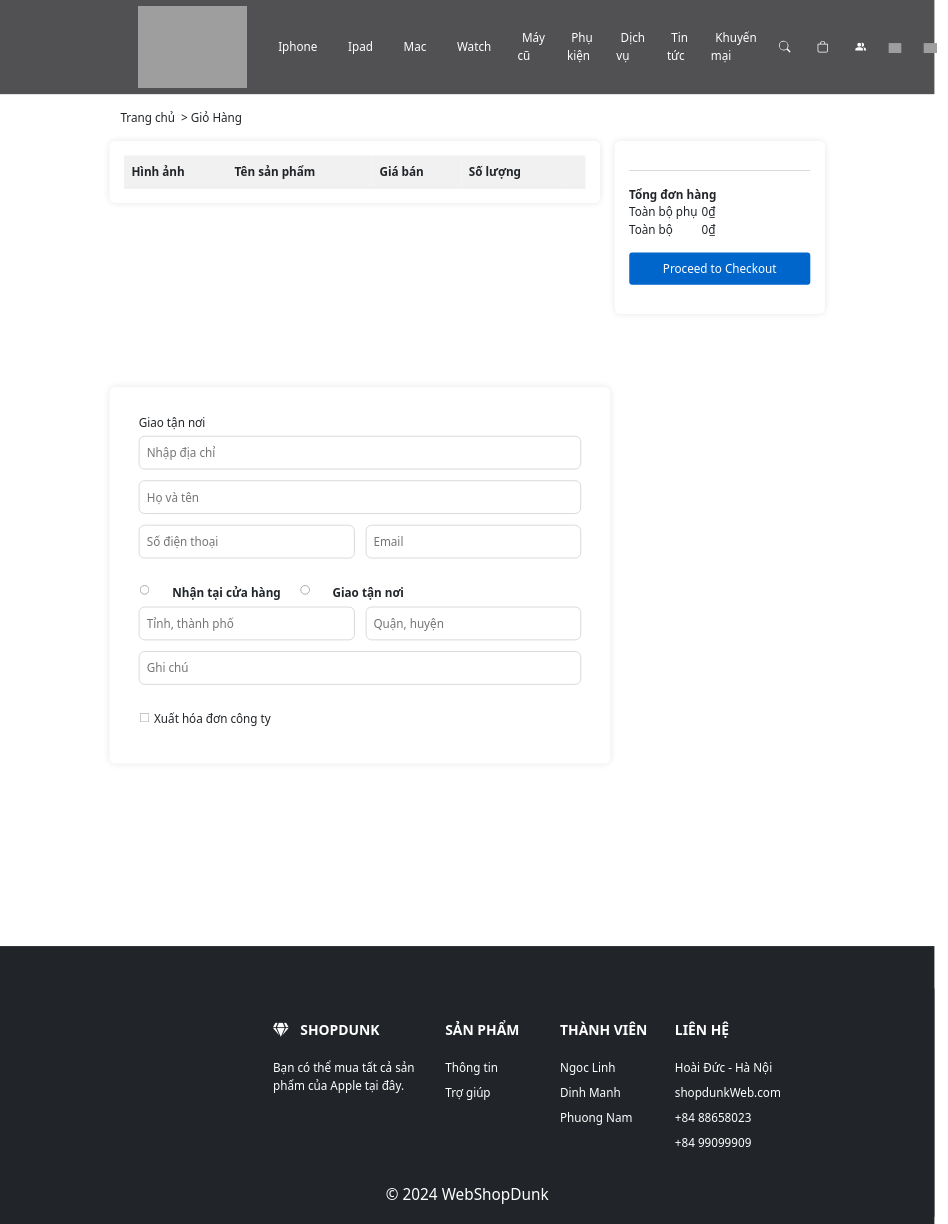
Repository: 20092004nam2k4/FE-ShopDunk
Page: /cart
These files come from the project's save history. The page is drawn as it stood at one moment and after the next save; the edit follows.
The browser window is 1280 px wide. The page is 1299 px wide, then 1296 px, so the pictures cover 1299 px, including what lies to the right of the window. The pictures show the whole page, at 73% of full size.
Pictures or frames that could not be fetched are drawn as grey boxes. The page's requests for data from a server got no answer. The project was rebuilt for these pictures with package versions that can differ from the ones it lists, and the page was loaded fresh each time. No one was signed in, and anything a server would have sent is missing. Also part of the build but not shown: src/component/common/SlideImage.css, src/component/common/SlideImage.js, src/component/product/ProductList.css, src/component/product/ProductList.js, src/component/product/ProductDetail.css, src/component/product/ProductDetail.js, src/component/user/LoginUser.js, src/component/user/UserProfile.js and 3 more.

Above is the page before, as saved 2024-06-10 13:36:47.

### src/component/common/Navbar.js
import React, { useContext, useState } from "react";
import "./Navbar.css";
import { BsBag } from "react-icons/bs";
import { MdPeopleAlt } from "react-icons/md";
import { BsSearch } from "react-icons/bs";
import { Link, useNavigate } from "react-router-dom";
import { AuthContext } from "../../context/AuthContext";
import Menu from "@mui/material/Menu";
import MenuItem from "@mui/material/MenuItem";

const Navbar = () => {
  const { isLoggedIn, user, logout } = useContext(AuthContext);
  const [showDropdown, setShowDropdown] = useState(false);
  const navigate = useNavigate();

  const handleIconClick = () => {
    if (isLoggedIn) {
      setShowDropdown(!showDropdown);
    } else {
      navigate("/login");
    }
  };

  const handleLogout = () => {
    logout();
    navigate("/");
  };

  const [anchorEl, setAnchorEl] = React.useState(null);
  const open = Boolean(anchorEl);
  const handleClick = (event) => {
    setAnchorEl(event.currentTarget);
  };
  const handleClose = () => {
    setAnchorEl(null);
  };
  return (
    <div className="navbar-center">
      <nav className="navbar">
        <ul className="navbar-links">
          <li>
            <Link to="/">
              <img
                className="imageIcon"
                src="https://shopdunk.com/images/thumbs/0012445_Logo_ShopDunk.png"
                alt="ShopDunk Logo"
              />
            </Link>
          </li>
          <li>
            <a href="/category/{}">Iphone</a>
          </li>
          <li>
            <a href="#ipad">Ipad</a>
          </li>
          <li>
            <a href="#mac">Mac</a>
          </li>
          <li>
            <a href="#watch">Watch</a>
          </li>
          <li>
            <a href="#maycu">Máy cũ</a>
          </li>
          <li>
            <a href="#phukien">Phụ kiện</a>
          </li>
          <li>
            <a href="#dichvu">Dịch vụ</a>
          </li>
          <li>
            <a href="#tintuc">Tin tức</a>
          </li>
          <li>
            <a href="#khuyenmai">Khuyến mại</a>
          </li>
          <li>
            <BsSearch className="icon-search" />
          </li>
          <li>
            <Link to="/cart">
              <BsBag className="icon-bag" />
            </Link>
          </li>
          <li onClick={handleIconClick}>
            <MdPeopleAlt
              id="basic-button"
              aria-controls={open ? "basic-menu" : undefined}
              aria-haspopup="true"
              aria-expanded={open ? "true" : undefined}
              onClick={handleClick}
              className="icon-people"
            />
            {isLoggedIn && showDropdown && (
              // <div className="dropdown active">
              //   <ul>
              //     <li onClick={() => navigate("/profile")}>Profile</li>
              //     <li onClick={handleLogout}>Logout</li>
              //   </ul>
              // </div>
              <Menu
                id="basic-menu"
                anchorEl={anchorEl}
                open={open}
                onClose={handleClose}
                MenuListProps={{
                  "aria-labelledby": "basic-button",
                }}
              >
                <MenuItem onClick={() => navigate("/profile")}>
                  Tài khoản của tôi
                </MenuItem>
                <MenuItem onClick={handleLogout}>Đăng xuất</MenuItem>
              </Menu>
            )}
          </li>
          <li>
            <img
              className="imageIconVN"
              src="https://shopdunk.com/images/flags/vn.png"
              alt="Vietnam Flag"
            />
          </li>
          <li>
            <img
              className="imageIconVN"
              src="https://shopdunk.com/images/flags/us.png"
              alt="US Flag"
            />
          </li>
        </ul>
      </nav>
    </div>
  );
};

export default Navbar;

### src/context/AuthContext.js
import React, { createContext, useState, useEffect } from "react";

export const AuthContext = createContext();

export const AuthProvider = ({ children }) => {
  const [isLoggedIn, setIsLoggedIn] = useState(false);
  const [user, setUser] = useState(null);

  useEffect(() => {
    const storedUser = localStorage.getItem("user");
    if (storedUser) {
      setIsLoggedIn(true);
      setUser(JSON.parse(storedUser));
    }
  }, []);

  const login = (userData) => {
    setIsLoggedIn(true);
    setUser(userData);
    localStorage.setItem("user", JSON.stringify(userData));
  };

  const logout = () => {
    setIsLoggedIn(false);
    setUser(null);
    localStorage.removeItem("user");
  };

  return (
    <AuthContext.Provider value={{ isLoggedIn, user, login, logout }}>
      {children}
    </AuthContext.Provider>
  );
};

### src/component/common/Navbar.css
.navbar {
  background-color: #515154;
  padding: 10px;

}

.navbar-links {
  list-style: none;
  display: flex;
  justify-content: center;
  margin: 0;
  padding: 0;
  padding-left: 168px;
  align-items: center;
}

.navbar-links li {
  margin: 0 15px;
}

.navbar-links a {
  color: white;
  text-decoration: none;
  padding: 10px 6px 25px;
  transition: background-color 0.3s;

}

/* .navbar-links a:hover {
  background-color: #575757;
} */
.imageIcon{
  width: 150px;
}
.icon-bag{
  color: white;
  height: 38px;

}
.icon-people{
  color: white;
  height: 38px;

}
.icon-search{
color: white;
height: 38px;
}
.imageIconVN{
  height: 14px;

}
.navbar-links li a {
color: #fff;
text-decoration: none;
transition: color 0.3s ease; }

.navbar-links li a:hover {
color: #fff;
}

### src/component/product/ProductCart.css
.product-list {
  display: flex;
  flex-wrap: wrap;
  justify-content: center;
}
.product-card img {
  max-width: 100%;
  height: auto;
}
.tittleIphone {
  text-align: center;
  margin-top: 38px;
  margin-bottom: 20px;
}
.a-category {
  text-align: center;
  margin-top: 20px;
}
.custom-blue {
  color: #0066cc !important;
  border-color: #0066cc !important;
}
.custom-blue:hover {
  color: #fff !important;
  background-color: #0066cc !important;
}
.button-text {
  font-size: 17px;
}
.product-card {
  width: 300px;
  height: 430px;
  display: flex;
  flex-direction: column;
  align-items: center;
  justify-content: space-between;
  border: 1px solid #ddd;
  padding: 10px;
  margin: 10px;
  box-shadow: 0 4px 8px rgba(0, 0, 0, 0.1); /* Thêm đổ bóng để đẹp hơn */
  border-radius: 5px;
  color: white;
}
.product-name {
  font-weight: bold;
}
.product-price-wrapper {
  display: flex;
  align-items: center;
  gap: 10px;
}
.product-discounted-price {
  font-weight: 700;
  font-size: 16px;
  line-height: 24px;
  color: #0066cc;
}
.product-original-price-wrapper {
  display: flex;
  align-items: center;
}
.product-price {
  color: #6c757d; /* Màu đen nhạt */
  text-decoration: line-through;
  font-size: 16px;
  margin-right: 5px; /* Khoảng cách giữa giá cũ và tag giảm giá */
}
.discount-tag {
  color: #6c757d; /* Màu đen nhạt */
  font-size: 16px;
}
.img-info {
  width: 1200px;
  height: 401px;
}
.info-banner {
  text-align: center;
  margin-top: 80px;
}
.bg-dark {
  background-color: #575757 !important;
}
.text-white {
  color: #fff !important;
}
.border-bottom {
  border-color: rgba(255, 255, 255, 0.1) !important;
}
.footer-links a {
  color: #fff !important;
}
.footer-links a:hover {
  color: #ddd !important;
}
.footerMain {
  margin-top: 90px;
}
.product-card-link {
  text-decoration: none;
  color: inherit; /* Optional: Inherit color to prevent default link color */
}
.textFooter{
  padding-top: 30px;
}

.carousel {
  margin-top: 20px;
  margin-bottom: 20px; /* Để tạo khoảng cách giữa carousel và danh sách sản phẩm */
  padding: 0 210px; /* Thu nhỏ carousel vào 100px mỗi bên */
}

.carousel-inner {
  width: 100%; /* Đảm bảo width của carousel vẫn 100% */
  margin: auto; /* Căn giữa carousel */
}
.carousel-control {
  padding: 0 230px; /* Đặt khoảng cách 20px giữa các nút chuyển ảnh */
}
.category-products-container {
  background-color: #f5f5f7; /* Màu nền của trang */
}
.tittle-headerCategory{
  background-color: white;
  margin-left: 210px;
  padding-top: 15px;
  color: #6c757d;
  padding-bottom: -10px;
}

### src/component/cart/CartPage.css
/* General styles for the cart page */
.tong {
    display: flex;
    justify-content: center;
    align-items: flex-start;
    padding: 50px;
    gap: 20px; /* Add gap between left and right sections */
    margin: 0 100px; /* Adjust left and right margins to 100px */
    max-width: 1400px; /* Set a maximum width for the container */
}

.left {
    width: 70%; /* Increase width to 70% */
    background-color: #fff; /* Add background color for clarity */
    padding: 20px; /* Add padding for spacing */
    box-shadow: 0 0 10px rgba(0, 0, 0, 0.1); /* Add box shadow for aesthetics */
    border-radius: 8px; /* Add border radius for rounded corners */
}

.right {
    width: 30%; /* Adjust width to 30% */
    background-color: #fff; /* Add background color for clarity */
    padding: 20px; /* Add padding for spacing */
    box-shadow: 0 0 10px rgba(0, 0, 0, 0.1); /* Add box shadow for aesthetics */
    border-radius: 8px; /* Add border radius for rounded corners */
}

.table-wrapper {
    overflow-x: auto;
    margin-bottom: 20px;
}

.cart {
    width: 100%;
    border-collapse: collapse;
}

.cart th,
.cart td {
    padding: 10px;
    text-align: left;
    border-bottom: 1px solid #ddd;
}

.cart th {
    background-color: #f1f1f1;
}

.cart img {
    max-width: 80px;
    height: auto;
}

.product-name {
    font-weight: bold;
    color: #333;
    text-decoration: none;
}

.product-name:hover {
    text-decoration: underline;
}

.attributes {
    font-size: 14px;
    color: #555;
}

.edit-item a {
    font-size: 14px;
    color: #0066cc;
}

.unit-price,
.subtotal {
    font-weight: bold;
    color: #333;
}

.qty-input {
    width: 40px;
    text-align: center;
    border: 1px solid #ddd;
    padding: 5px;
    margin: 0 5px;
}

.remove-btn {
    background: none;
    border: none;
    color: red;
    cursor: pointer;
}

.cart-options {
    margin-top: 20px;
}

.button {
    padding-top: 10px;
    display: inline-flex;
    float: right;
}

.common-buttons .button-2 {
    background-color: #5f5c5c;
    color: white;
    border: none;
    padding: 10px 20px;
    cursor: pointer;
    margin-right: 10px;
    border-radius: 5px;
}

.common-buttons .button-2:hover {
    background-color: #005bb5;
}

.footerMain {
    padding: 40px 0;
}

.footerMain .text-uppercase {
    text-transform: uppercase;
}

.footerMain .fw-bold {
    font-weight: bold;
}

.footerMain p {
    margin: 0;
    padding: 5px 0;
}

.footerMain a {
    color: #ffffff;
    text-decoration: none;
}

.footerMain a:hover {
    text-decoration: underline;
}

/* Styles for deals section */
.deals {
    margin-bottom: 20px;
}

/* Styles for coupon box */
.coupon-box {
    border: 1px solid #ccc;
    padding: 15px;
    background-color: #f9f9f9;
    width: 100%; /* Adjust width to 100% */
    box-sizing: border-box; /* Ensure padding is included in width */
    border-radius: 8px; /* Add border radius for rounded corners */
    box-shadow: 0 2px 4px rgba(0, 0, 0, 0.1); /* Add subtle shadow */
    margin-bottom: 20px; /* Add space below the coupon box */
}

.title {
    font-weight: bold;
    font-size: 18px;
    color: #333;
    margin-bottom: 10px; /* Add space below the title */
}

.hint {
    margin-top: 5px;
    color: #666;
    font-size: 14px;
}

/* Styles for coupon code input */
.coupon-code input {
    width: calc(100% - 20px); /* Adjust width to fit within the coupon box */
    margin-top: 10px;
    padding: 10px;
    border: 1px solid #ccc;
    border-radius: 4px; /* Add border radius */
    box-sizing: border-box; /* Ensure padding is included in width */
}

/* Styles for apply button */
.apply-discount-coupon-code-button {
    margin-top: 10px;
    padding: 10px;
    background-color: #0066CC;
    color: #fff;
    border: none;
    border-radius: 4px; /* Add border radius */
    cursor: pointer;
    width: 100%; /* Make button full-width */
}

.apply-discount-coupon-code-button:hover {
    background-color: #005bb5; /* Darken button color on hover */
}

/* Styles for totals section */
.totals {
    border-top: 1px solid #ccc;
    padding-top: 20px;
    margin-top: 20px;
}

/* Styles for total info */
.total-info {
    margin-bottom: 20px;
}

/* Styles for left side of total row */
.cart-total-left {
    padding-right: 10px;
    font-weight: bold;
}

/* Styles for total value */
.value-summary {
    font-weight: bold;
}

/* Styles for checkout buttons */
.checkout-buttons {
    margin-top: 20px;
}

/* Styles for checkout button */
.checkout-button {
    padding: 10px 20px;
    background-color: #0066CC;
    color: #fff;
    border: none;
    border-radius: 4px; /* Add border radius */
    cursor: pointer;
    width: 100%; /* Make button full-width */
    text-align: center; /* Center text */
}

.checkout-button:hover {
    background-color: #005bb5; /* Darken button color on hover */
}

/* Styles for note */
.note-ck {
    margin-top: 10px;
    font-size: 12px;
    color: red;
}
.remove-button {
    background: none;
    border: none;
    cursor: pointer;
    color: rgb(98, 97, 97); /* Customize as needed */
    font-size: 1.2em; /* Customize size as needed */
  }
  .tittle-header{
    margin-top: 20px;
    margin-left: 150px;

    margin-right: 200px;
    margin-bottom: -30px;
    padding-left: 15px;
  }
  .enter-address {
    padding: 20px;
}
.edit-address {
    margin-top: 20px;
}
.edit-address input[type="text"],
.edit-address select {
    width: 100%;
    padding: 10px;
    margin-bottom: 10px;
    border: 1px solid #ccc;
    border-radius: 5px;
}
.edit-address label {
    display: block;
    margin-bottom: 5px;
    font-weight: bold;
}
.edit-address input[type="radio"],
.edit-address label {
    margin-right: 10px;
}
.edit-address span {
    display: block;
    margin-top: 5px;
    font-style: italic;
}
.bg-white {
    background-color: #fff;
}
.left {
    width: 70%; /* Increase width to 70% */
    background-color: #fff; /* Add background color for clarity */
    padding: 20px; /* Add padding for spacing */
    box-shadow: 0 0 10px rgba(0, 0, 0, 0.1); /* Add box shadow for aesthetics */
    border-radius: 8px; /* Add border radius for rounded corners */
  }

  .tong-bot {
    display: flex;
    align-items: flex-start;
    padding: 50px;
    gap: 20px; /* Add gap between left and right sections */
    margin: 0 100px; /* Adjust left and right margins to 100px */
    max-width: 1370px; /* Set a maximum width for the container */
  }

  .enter-address {
    display: flex;
    flex-direction: column;
  }

  .enter-address input,
  .enter-address select {
    width: 100%;
    margin-bottom: 15px;
    padding: 10px;
    border: 1px solid #ccc;
    border-radius: 8px;
  }

  .half-inputs {
    display: flex;
    gap: 15px;
  }

  .edit-address .delivery-method {
    display: flex;
    gap: 15px;
  }

  .edit-address input[type="checkbox"] {
    transform: scale(0.8);
    border-radius: 50%; /* Make the checkboxes round */
    width: 16px; /* Adjust the width */
    height: 16px; /* Adjust the height */
  }
  .edit-address input[type="radio"] {
    transform: scale(0.8);
    border-radius: 50%; /* Make the checkboxes round */
    width: 16px; /* Adjust the width */
    height: 16px; /* Adjust the height */
  }

  .edit-address .delivery-method input[type="checkbox"] {
    vertical-align: middle; /* Align checkboxes vertically */
  }
  .edit-address .delivery-method input[type="radio"] {
    vertical-align: middle; /* Align checkboxes vertically */
  }

  .edit-address .delivery-method label {
    vertical-align: middle; /* Align labels vertically */
    margin-left: 5px; /* Add space between checkbox and label */
  }
  .tittle-header{
    margin-left: 150px;
  }

### src/component/user/Login.css
body {
    font-family: sans-serif;
    /* display: flex; */
    justify-content: center;
    align-items: center;
    min-height: 100vh;
    background-color: #f5f5f5;
  }
  .userName-login{
    margin-top: 25px;
  }



  .left-side {
    width: 50%;
    display: flex;
    justify-content: center;
    align-items: center;
    margin-top: 90px;
  }

  .right-side {
    width: 50%;
    padding: 20px;
    margin-top: 90px;
  }

  .left-side img {
    width: 100%;
    max-width: 600px;
    height: 350px;
  }

  h2 {
    margin-bottom: 20px;
  }

  input[type="text"],
  input[type="password"] {
    width: 100%;
    padding: 10px;
    margin-bottom: 15px;
    border: 1px solid #ddd;
    border-radius: 10px;
    box-sizing: border-box;
  }

  input[type="checkbox"] {
    margin-right: 5px;
  }

  button {
    background-color: #007bff;
    color: #fff;
    padding: 10px 20px;
    border: none;
    border-radius: 3px;
    cursor: pointer;
    width: 100%;
  }

  .link {
    display: block;
    text-align: center;
    margin-top: 15px;
    color: #007bff;
    text-decoration: none;
  }

  .footerMain{
margin-top: 200px;
  }
  .textFooter{
    padding-left: 200px !important;
  }
  .textToRegister{
    margin-top: 15px;
  }

### src/component/user/UserProfile.css
    /* Reset CSS */
    * {
        box-sizing: border-box;
        margin: 0;
        padding: 0;
    }

    body {
        font-family: Arial, Helvetica, sans-serif;
        background-color: #f5f5f7; /* Updated background color */
    }

    .page-container {
        padding: 20px;
        background-color: #f5f5f7; /* Background color for the page */
    }

    .container {
        display: flex;
        justify-content: space-between;
        margin: 30px auto;
        width: 80%;
        /* gap: 30px;  */
    }

    .navigation {
        width: 25%;
        background-color: #fff;
        padding: 20px;
        border-radius: 10px;
        border: 1px solid #ddd; /* Border for left div */
        box-shadow: 0 0 10px rgba(0, 0, 0, 0.1); /* Optional: for a subtle shadow effect */
        margin-left: 50px;
    }

    .navigation ul {
        padding-left: 0; /* Reset padding */
        list-style: none; /* Remove bullet points */
    }

    .navigation li {
        padding: 10px 0;
        border-bottom: 1px solid #ddd;
    }

    .navigation li:last-child {
        border-bottom: none;
    }

    .navigation li a {
        color: #333;
        text-decoration: none;
        display: flex;
        align-items: center;
    }

    .navigation li a i {
        margin-right: 10px;
        font-size: 1.2em;
    }

    .form {
        width: calc(70% - 100px); /* Reduced width by 100px */
        background-color: #fff;
        padding: 20px;
        border-radius: 10px;
        border: 1px solid #ddd; /* Border for right div */
        box-shadow: 0 0 10px rgba(0, 0, 0, 0.1); /* Optional: for a subtle shadow effect */
        display: flex;
        flex-direction: column;
        height: calc(100% + 70px); /* Increased height by 70px */
        margin-right: 90px;
    }

    .form-row {
        display: flex;
        justify-content: space-between;
        align-items: center;
        margin-bottom: 15px;
    }

    .form-row label {
        flex: 1;
    }

    .form-row input,
    .form-row select {
        flex: 2;
        padding: 10px;
        border: 1px solid #ddd;
        border-radius: 5px;
    }

    .form-row .input-group {
        display: flex;
        flex-direction: column;
        margin-bottom: 15px;
    }

    .form-row .input-group input {
        margin-top: 10px;
    }

    .input-email {
        padding-left: 20px;
    }

    .input-gender {
        display: flex;
        align-items: center;
        padding-left: 20px;
    }

    .input-gender > div {
        display: flex;
        align-items: center;
        margin-right: 20px;
    }

    .input-gender label {
        margin-left: 5px;
        margin-right: 15px; /* Adjust spacing between the labels and inputs */
    }

    .form-row.birthday-row {
        display: flex;
        justify-content: space-between;
        align-items: center;
        margin-bottom: 15px;
    }

    .form-row.birthday-row label {
        flex: 1;
    }

    .form-row.birthday-row select {
        flex: 1;
        padding: 10px;
        border: 1px solid #ddd;
        border-radius: 5px;
    }

    .form button {
        background-color: #0066cc;
        color: white;
        padding: 10px 20px;
        border: none;
        border-radius: 5px;
        cursor: pointer;
        width: 124px;
        height: 43px;
        margin: 0 auto; /* Add this line to center the button */
        margin-top: 10px;
    }

    .newsletter {
        text-align: center;
        margin-top: 50px;
    }

    .footerMain {
        text-align: center;
        background-color: #333;
        color: #fff;
        padding: 10px 0;
    }

    .newsletter .input-group {
        width: auto;
        display: inline-flex;
        border-radius: 20px;
        margin-top: 20px;
    }

    .newsletter .input-group .form-control {
        width: 500px;
        height: 50px;
        border-radius: 20px;
    }

    .newsletter .input-group .btn {
        width: 100px;
        background-color: #0066cc;
        color: white;
        border: none;
        border-radius: 20px;
        height: 50px;

    }

    .text-email {
        margin-top: 21px;
    }
    .radio-male{
        margin-left: -48px;

    }
    .text-user{
        margin-right: 580px;
        padding-top: 17px;
    }
    .text-male{
        padding-top: 9px;
    margin-right: 234px;
    }
    .text-female{
        padding-top: 8px;
    }
    .email-info{
        padding-top: 10px;
    }
    .email-text{
        margin-bottom: 24px;
    }

Loaded but not shown: public/index.html (common file); src/index.js (common file); src/component/cart/CartPage.js (312 lines, source omitted); src/App.js (47 lines, source omitted)

After the next save:
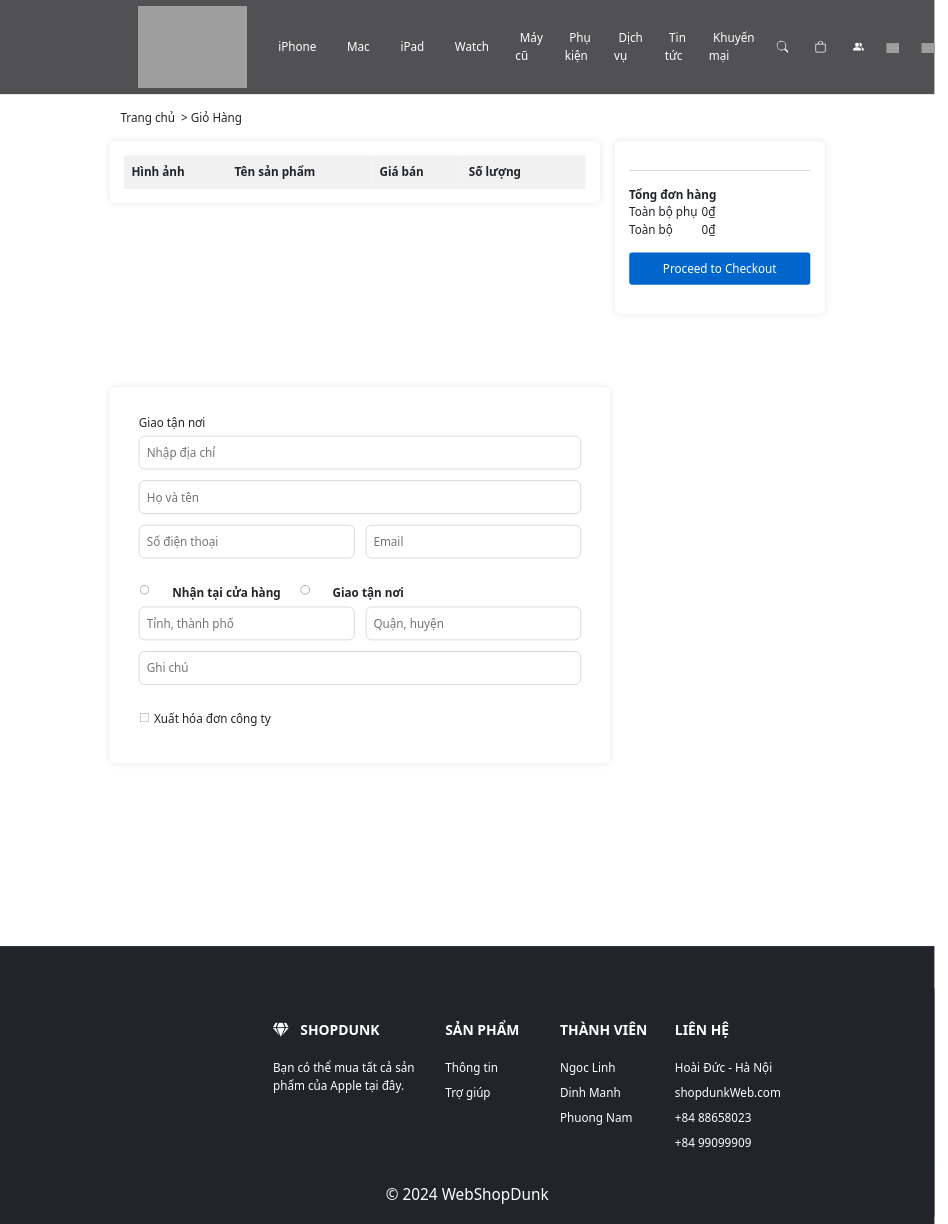
Saved 2 min 52 s later.
--- a/src/component/common/Navbar.js
+++ b/src/component/common/Navbar.js
@@ -47,18 +47,18 @@
               />
             </Link>
           </li>
-          <li>
-            <a href="/category/{}">Iphone</a>
-          </li>
-          <li>
-            <a href="#ipad">Ipad</a>
-          </li>
-          <li>
-            <a href="#mac">Mac</a>
-          </li>
-          <li>
-            <a href="#watch">Watch</a>
-          </li>
+          <li className="navbar-item">
+          <Link to="/category/iphone">iPhone</Link>
+        </li>
+        <li className="navbar-item">
+          <Link to="/category/mac">Mac</Link>
+        </li>
+        <li className="navbar-item">
+          <Link to="/category/ipad">iPad</Link>
+        </li>
+        <li className="navbar-item">
+          <Link to="/category/watch">Watch</Link>
+        </li>
           <li>
             <a href="#maycu">Máy cũ</a>
           </li>
